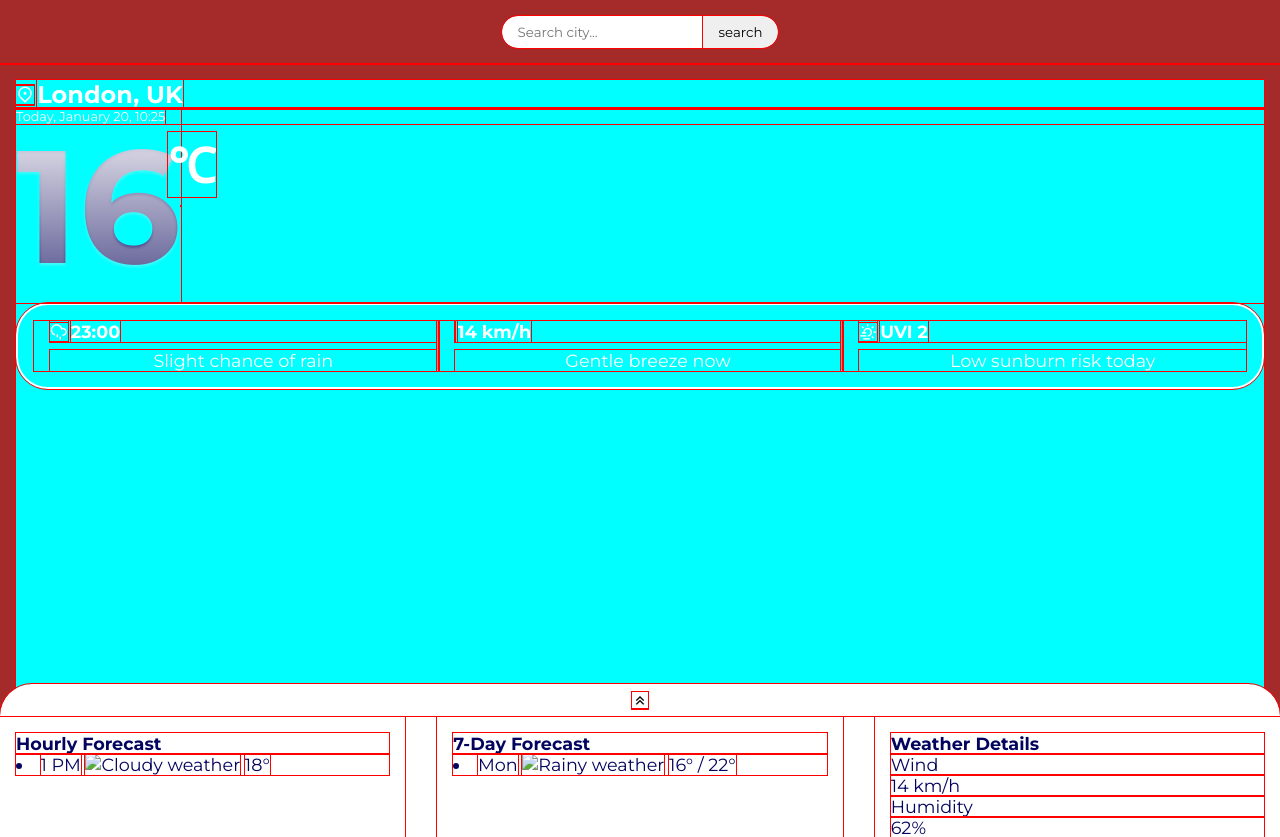
Repository: EguJaredoBoyd/Jared-Weather-App
Page: main.html
An editor plug-in stored every save of this project. The page is shown before and after the next save, followed by the edit.
The browser window is 1280 px wide. The pictures show the whole page.
Some icons come from a web library that is not loaded, so they are not drawn. Some web libraries are served in a nearby version.

Above is the page before, as saved 2026-02-04 15:40:56.

After the next save:
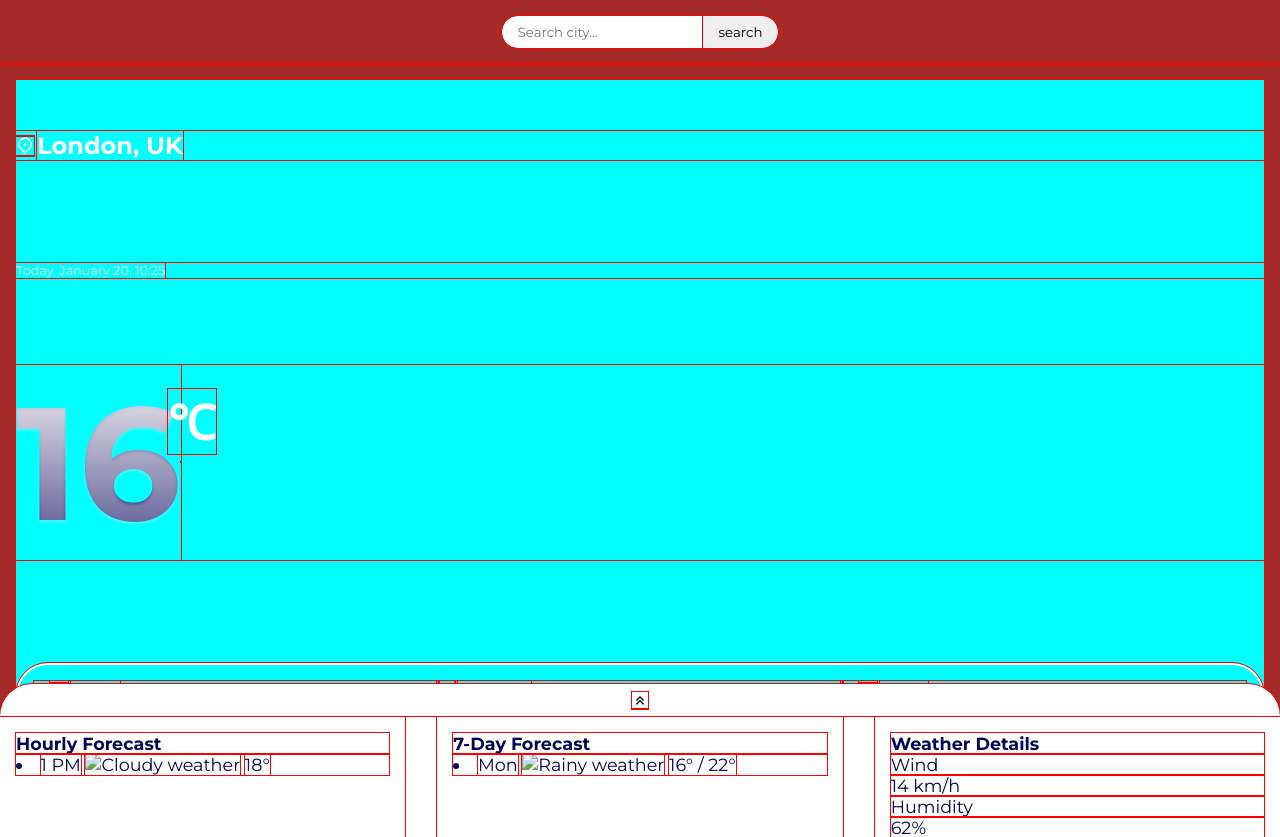
Saved 23 s later.
--- a/css/styles.css
+++ b/css/styles.css
@@ -77,7 +77,7 @@ main {
 .current-weather {
   display: flex;
   flex-direction: column;
-  align-content: space-around;
+  justify-content: space-around;
   /* row-gap: clamp(2.5rem, 2.5vw, 5rem); */
   min-height: 100dvh;
   background-color: aqua;
